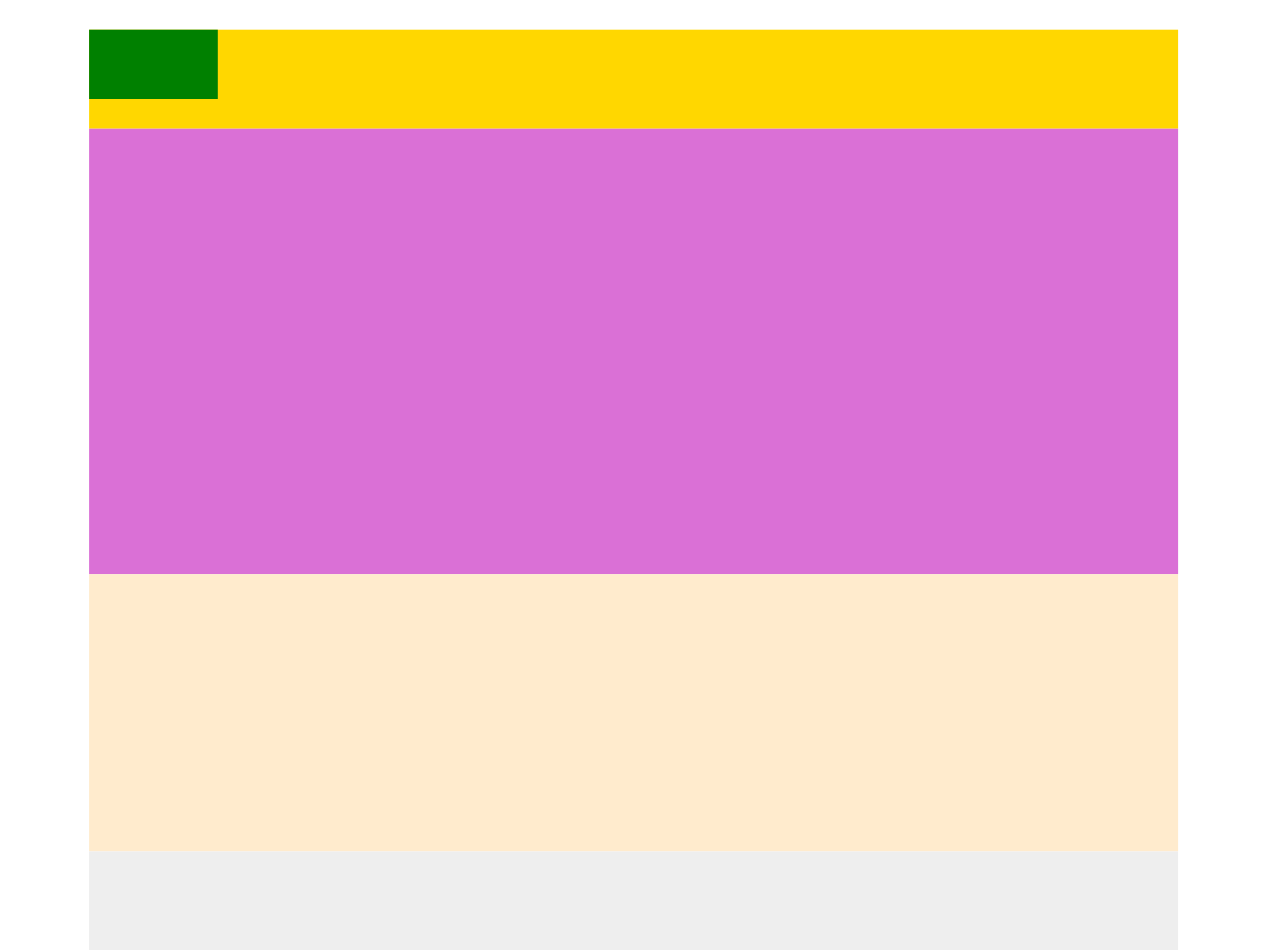
Repository: Hotmintchoco/SpringStudy
Page: HtmlTest/src/main/webapp/index4.html
An editor plug-in stored every save of this project. The page is shown before and after the next save, followed by the edit.
The browser window is 1280 px wide. The pictures show the whole page, at 99% of full size.

Above is the page before, as saved 2022-05-03 07:52:41.

After the next save:
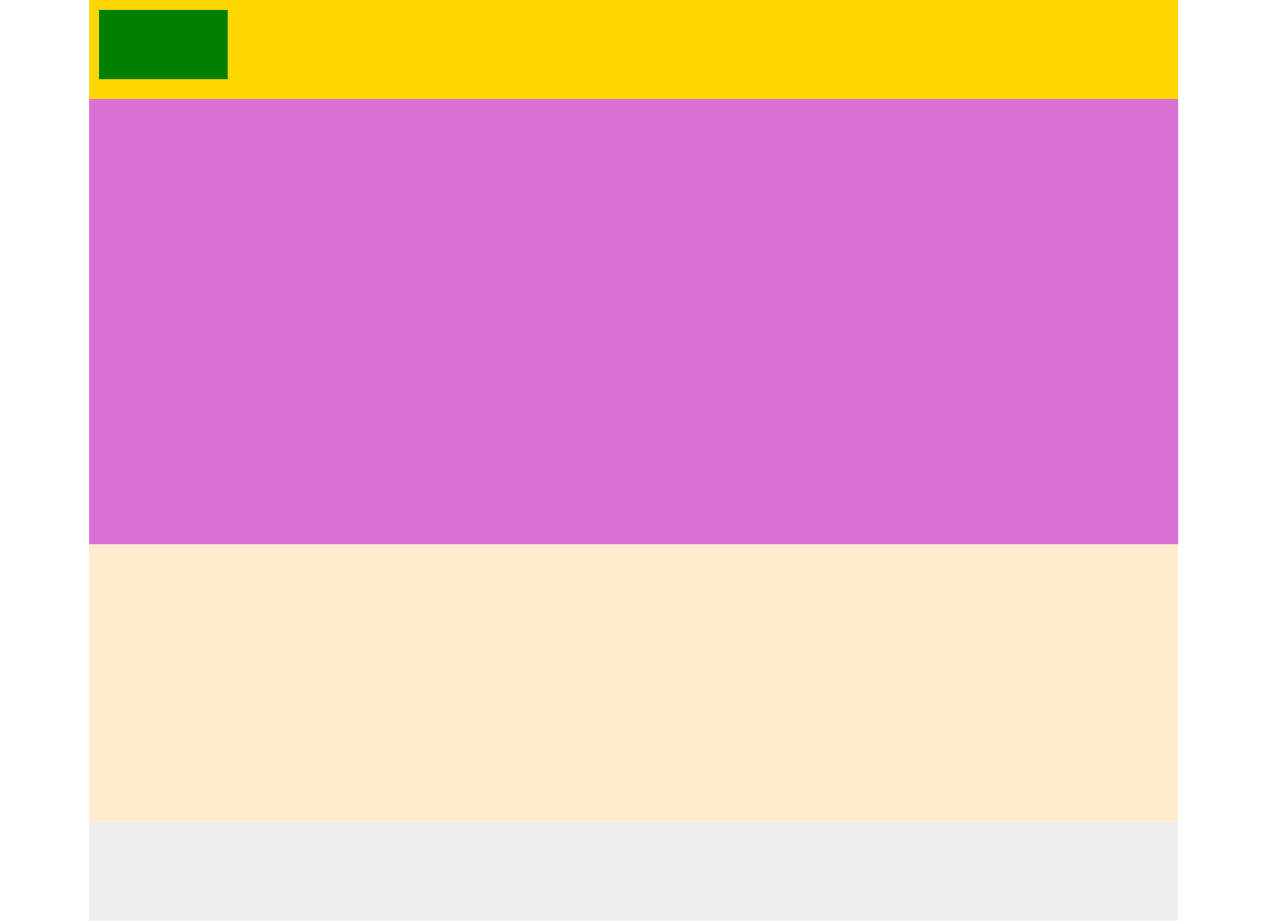
Saved 50 s later.
--- a/HtmlTest/src/main/webapp/index4.html
+++ b/HtmlTest/src/main/webapp/index4.html
@@ -16,7 +16,7 @@
 
 	#logo {
 		width: 130px; height: 70px; background-color: green;
-		margin: 30px 0 30px 0;
+		margin: 10px 0 0 10px; float: left;
 	}
 
 	#slider {
